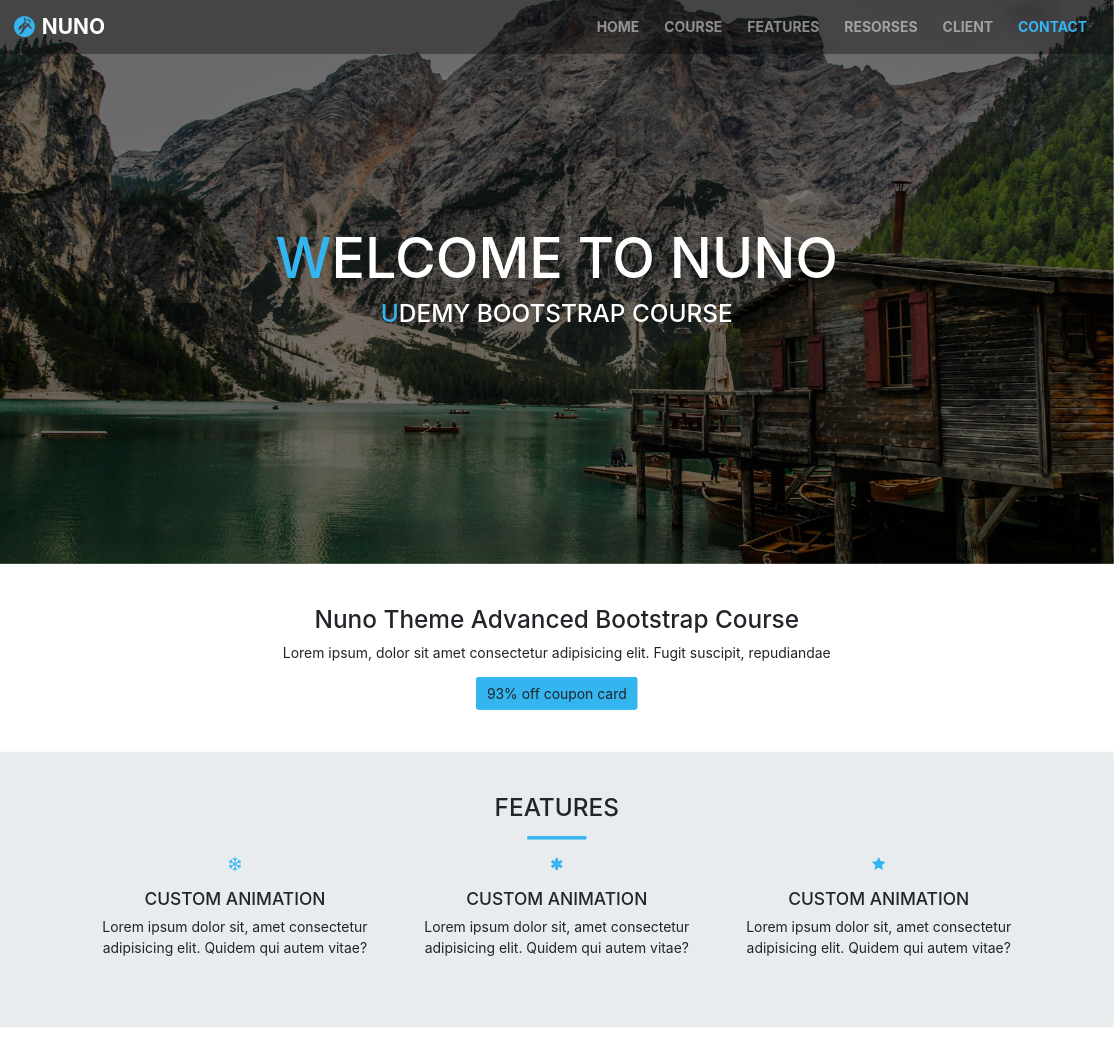
Repository: Mietlicha/bootstrap_template_exercise
Page: index.html
These files come from the project's save history. The page is drawn as it stood at one moment and after the next save; the edit follows.
The browser window is 1280 px wide. The pictures show the whole page, at 87% of full size.

Above is the page before, as saved 2019-11-19 20:32:41.

### index.html
<!DOCTYPE html>
<html lang="en">

<head>
    <meta charset="UTF-8">
    <meta name="viewport" content="width=device-width, initial-scale=1.0">
    <meta http-equiv="X-UA-Compatible" content="ie=edge">
    <title>Bootstrap template</title>
    <link rel="stylesheet" href="https://stackpath.bootstrapcdn.com/bootstrap/4.3.1/css/bootstrap.min.css"
        integrity="sha384-ggOyR0iXCbMQv3Xipma34MD+dH/1fQ784/j6cY/iJTQUOhcWr7x9JvoRxT2MZw1T" crossorigin="anonymous">
    <link rel="stylesheet" href="style.css">
    <link rel="stylesheet" href="https://cdnjs.cloudflare.com/ajax/libs/font-awesome/4.7.0/css/font-awesome.min.css">
</head>

<body data-spy="scroll" data-target="#main-nav">
    <!--------------------nav/home-------------------------------------------------------------------->
    <nav id="main-nav" class="navbar navbar-expand-md navbar-dark bg-dark font-weight-bold fixed-top">
        <a class="navbar-brand" href="#"><i class="fa fa-grav mr-2" aria-hidden="true"></i>Nuno</a>
        <button class="navbar-toggler" type="button" data-toggle="collapse" data-target="#navbarSupportedContent"
            aria-controls="navbarSupportedContent" aria-expanded="false" aria-label="Toggle navigation">
            <span class="navbar-toggler-icon"></span>
        </button>

        <div class="collapse navbar-collapse" id="navbarSupportedContent">
            <ul class="navbar-nav ml-auto">
                <li class="nav-item">
                    <a class="nav-link" href="#home">Home</a>
                </li>
                <li class="nav-item">
                    <a class="nav-link" href="#course">Course</a>
                </li>
                <li class="nav-item">
                    <a class="nav-link" href="#feature">Features</a>
                </li>
                <li class="nav-item">
                    <a class="nav-link" href="#resourses">Resorses</a>
                </li>
                <li class="nav-item">
                    <a class="nav-link" href="#client">Client</a>
                </li>
                <li class="nav-item">
                    <a class="nav-link" href="#contact">Contact</a>
                </li>
        </div>
    </nav>
<!--------------------main----------------------------------------------------------------->
<main>
    <!--------------------home-------------------->
    <section id="home">
        <div class="home--landing-page">
        </div>
        <div class="home--caption">
            <h1>Welcome to Nuno</h1>
            <h3>Udemy bootstrap course</h3>
        </div>
    </section>

    <!--------------------corse-------------------->
    <section id="course" class="container text-center mt-5 mb-5">
        <header><h3>Nuno Theme Advanced Bootstrap Course</h3></header>
        <p>Lorem ipsum, dolor sit amet consectetur adipisicing elit. Fugit suscipit, repudiandae
        </p>
        <a href="#" class="btn btn-md" target="_blnk">93% off coupon card</a>
    </section>
    <!--------------------feature-------------------->
    <section id="feature">
            <div class="jumbotron jumbotron-fluid text-center pt-5">
                    <header><h3>features</h3></header>
                    <hr>
                    <div class="container d-md-flex">
                        <div class="feature-item col-md-4">
                            <i class="fa fa-snowflake-o" aria-hidden="true"></i>
                            <h5 class="pt-3">custom animation</h5>
                            <p>Lorem ipsum dolor sit, amet consectetur adipisicing elit. Quidem qui autem vitae?</p>
                        </div>
                        <div class="feature-item col-md-4">
                                <i class="fa fa-asterisk" aria-hidden="true"></i>
                                <h5 class="pt-3">custom animation</h5>
                                <p>Lorem ipsum dolor sit, amet consectetur adipisicing elit. Quidem qui autem vitae?</p>
                        </div>
                        <div class="feature-item col-md-4">
                                <i class="fa fa-star" aria-hidden="true"></i>
                                <h5 class="pt-3">custom animation</h5>
                                <p>Lorem ipsum dolor sit, amet consectetur adipisicing elit. Quidem qui autem vitae?</p>
                        </div>
                    </div>
                  </div>
    </section>
    <!--------------------Resourses-------------------->
    <section id="resourses">

    </section>
    <!--------------------Client-------------------->
    <section id="client">

    </section>
    <!--------------------Contact-------------------->
    <section id="contact">

    </section>
</main>

    <script src="https://code.jquery.com/jquery-3.3.1.slim.min.js"
        integrity="sha384-q8i/X+965DzO0rT7abK41JStQIAqVgRVzpbzo5smXKp4YfRvH+8abtTE1Pi6jizo"
        crossorigin="anonymous"></script>
    <script src="https://cdnjs.cloudflare.com/ajax/libs/popper.js/1.14.7/umd/popper.min.js"
        integrity="sha384-UO2eT0CpHqdSJQ6hJty5KVphtPhzWj9WO1clHTMGa3JDZwrnQq4sF86dIHNDz0W1"
        crossorigin="anonymous"></script>
    <script src="https://stackpath.bootstrapcdn.com/bootstrap/4.3.1/js/bootstrap.min.js"
        integrity="sha384-JjSmVgyd0p3pXB1rRibZUAYoIIy6OrQ6VrjIEaFf/nJGzIxFDsf4x0xIM+B07jRM"
        crossorigin="anonymous"></script>
</body>

</html>

### style.css
:root{
--main-colour: rgb(53, 181, 240);
font-size: 14px;
}

body{
    position: relative;
}

/************************NAV******************************************/
.bg-dark {
    background-color: #0a0a0a60!important;
}

.navbar-dark .navbar-nav .nav-link:hover{
    color: rgb(255, 255, 255);
}

.nav-link{
    padding: 0 7rem;
}

#main-nav {
text-transform: uppercase;
}

#main-nav .navbar-brand{
    font-size: 1.5rem;
}

#main-nav .navbar-brand i{
    color: var(--main-colour);
}

.navbar-dark .navbar-nav .nav-link.active{
    color: var(--main-colour);
    font-weight: bold;
}

.navbar-dark .navbar-nav .nav-link{
    padding-top: .9rem;
}

/*Nav*/
@media (min-width: 500px){
:root{
    font-size: 16px;
}

@media (min-width: 768px){
.navbar-expand-md .navbar-nav .nav-link {
    padding-right: .9rem;
    padding-left: .9rem;
    padding-top: 0;
}
}

/************************Home******************************************/
#home{
    position: relative;
}

.home--landing-page{
    background: linear-gradient(rgba(0, 0, 0, 0.534), rgba(0, 0, 0, 0.534)), url(img/tlo.jpg) center/cover no-repeat;
    width: 100vw;
    height: 90vh;
}

.home--caption{
    width: 100%;
    position: absolute;
    top: 40%;
    z-index: 3;
    text-align: center;
    color: #fff;
    text-transform: uppercase;
}

.home--caption h1{
    font-size: 4rem;
}

.home--caption h1::first-letter, .home--caption h3::first-letter{
    color: var(--main-colour);
}

/************************Course******************************************/
#course .btn{
    background-color: var(--main-colour);
}

/************************Feature******************************************/
#feature hr{
width: 5%;
border: 2px solid var(--main-colour);
}

#feature i{
    color: var(--main-colour);
}

#feature .feature-item h5, #feature header{
    text-transform: uppercase;
}

@media (min-width: 576px)
.jumbotron {
    padding: 12rem 2rem;
}

After the next save:
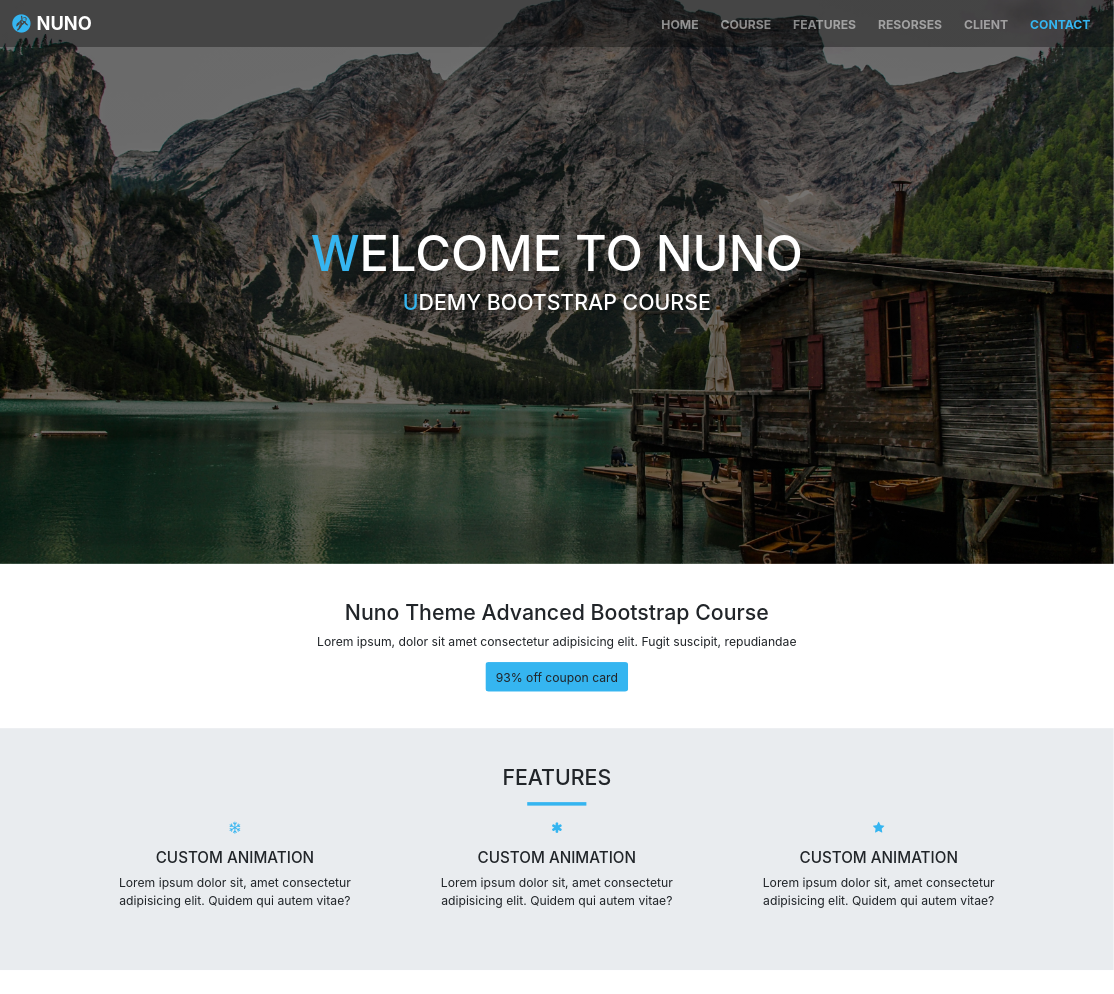
Saved 2 min 35 s later.
--- a/style.css
+++ b/style.css
@@ -42,10 +42,10 @@
 }
 
 /*Nav*/
-@media (min-width: 500px){
+/* @media (min-width: 500px){
 :root{
     font-size: 16px;
-}
+} */
 
 @media (min-width: 768px){
 .navbar-expand-md .navbar-nav .nav-link {
@@ -91,8 +91,8 @@
 
 /************************Feature******************************************/
 #feature hr{
-width: 5%;
-border: 2px solid var(--main-colour);
+    width: 5%;
+    border: 2px solid var(--main-colour);
 }
 
 #feature i{
@@ -102,8 +102,3 @@
 #feature .feature-item h5, #feature header{
     text-transform: uppercase;
 }
-
-@media (min-width: 576px)
-.jumbotron {
-    padding: 12rem 2rem;
-}

After the 2 saves that followed:
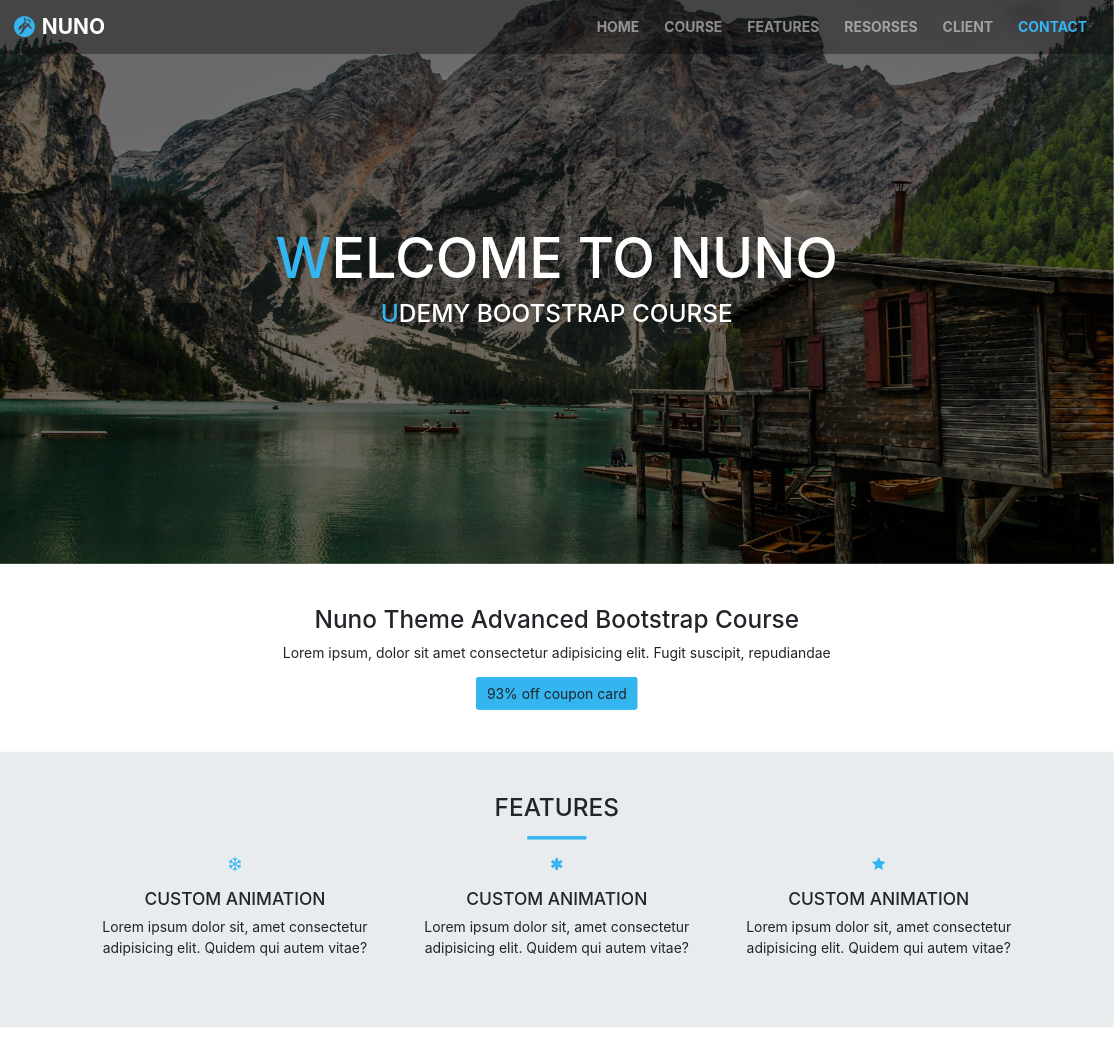
The 2 saves are shown as one change because 1 left the picture as it was.
The last was saved 115 s later.
--- a/index.html
+++ b/index.html
@@ -67,18 +67,18 @@
             <div class="jumbotron jumbotron-fluid text-center pt-5">
                     <header><h3>features</h3></header>
                     <hr>
-                    <div class="container d-md-flex">
+                    <div class="container d-sm-flex">
                         <div class="feature-item col-md-4">
                             <i class="fa fa-snowflake-o" aria-hidden="true"></i>
                             <h5 class="pt-3">custom animation</h5>
                             <p>Lorem ipsum dolor sit, amet consectetur adipisicing elit. Quidem qui autem vitae?</p>
                         </div>
-                        <div class="feature-item col-md-4">
+                        <div class="feature-item col-sm-4">
                                 <i class="fa fa-asterisk" aria-hidden="true"></i>
                                 <h5 class="pt-3">custom animation</h5>
                                 <p>Lorem ipsum dolor sit, amet consectetur adipisicing elit. Quidem qui autem vitae?</p>
                         </div>
-                        <div class="feature-item col-md-4">
+                        <div class="feature-item col-sm-4">
                                 <i class="fa fa-star" aria-hidden="true"></i>
                                 <h5 class="pt-3">custom animation</h5>
                                 <p>Lorem ipsum dolor sit, amet consectetur adipisicing elit. Quidem qui autem vitae?</p>
--- a/style.css
+++ b/style.css
@@ -42,10 +42,10 @@
 }
 
 /*Nav*/
-/* @media (min-width: 500px){
+@media (min-width: 500px){
 :root{
     font-size: 16px;
-} */
+}
 
 @media (min-width: 768px){
 .navbar-expand-md .navbar-nav .nav-link {
